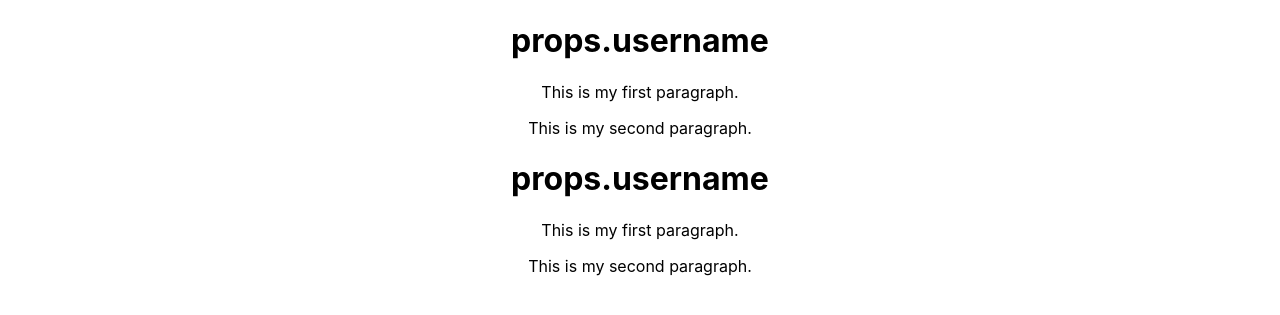
Repository: AidanHak/udemy-react-guide
Page: / (app in base-syntax--assignment-problem/)
These files come from the project's save history. The page is drawn as it stood at one moment and after the next save; the edit follows.
The browser window is 1280 px wide. The pictures show the whole page.
The project was rebuilt for these pictures with package versions that can differ from the ones it lists, and the page was loaded fresh each time.

Above is the page before, as saved 2020-12-17 19:17:20.

After the next save:
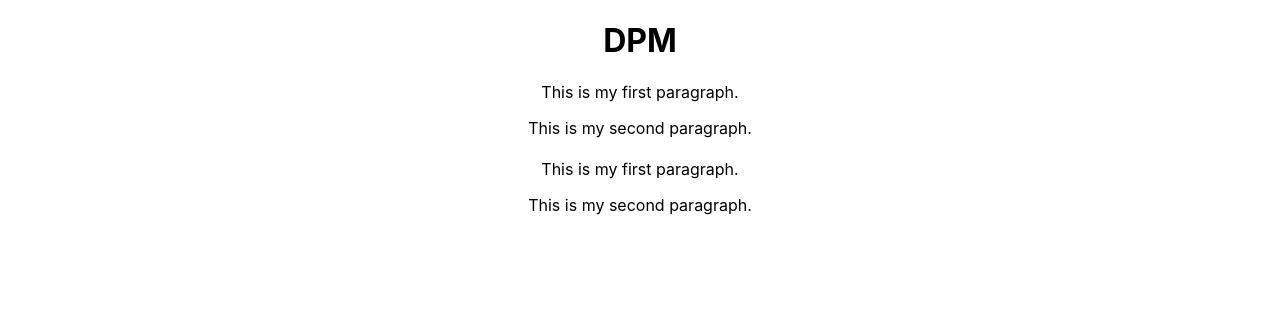
Saved 8 s later.
--- a/base-syntax--assignment-problem/src/UserOutput/UserOutput.js
+++ b/base-syntax--assignment-problem/src/UserOutput/UserOutput.js
@@ -3,7 +3,7 @@ import React from 'react';
 const UserOutput = (props) => {
 	return (
 		<div className="UserOutput">
-			<h1>props.username</h1>
+			<h1>{props.username}</h1>
 			<p>This is my first paragraph.</p>
 			<p>This is my second paragraph.</p>
 		</div>
